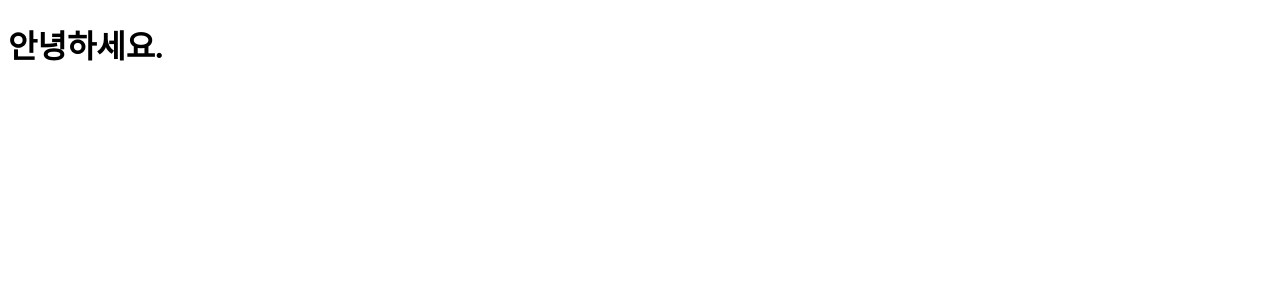
Repository: codelily98/Web
Page: JavaScript/src/main/webapp/javascript/exam18.html
An editor plug-in stored every save of this project. The page is shown before and after the next save, followed by the edit.
The browser window is 1280 px wide. The pictures show the whole page.

Above is the page before, as saved 2024-08-20 05:43:58.
Console error: ReferenceError: num is not defined

After the next save:
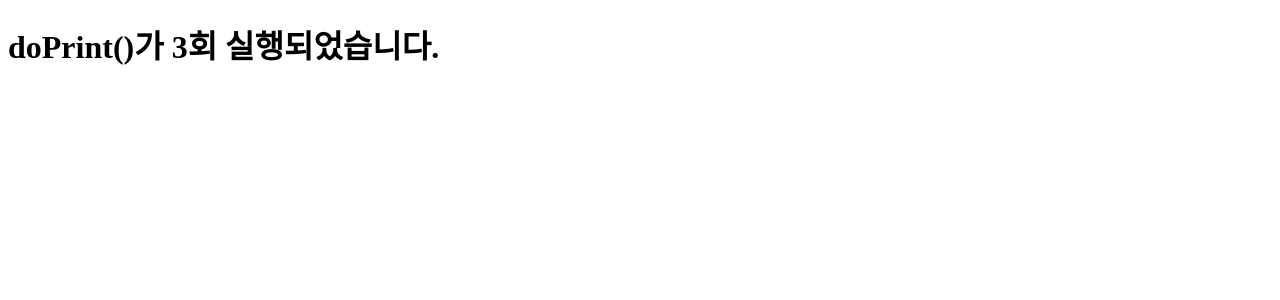
Console error: TypeError: Cannot set properties of null (setting 'innerHTML')
Saved 56 s later.
--- a/JavaScript/src/main/webapp/javascript/exam18.html
+++ b/JavaScript/src/main/webapp/javascript/exam18.html
@@ -4,7 +4,7 @@
 <meta charset="UTF-8">
 <title>Insert title here</title>
 <script type="text/javascript">
-function doPrint(nnum) { //호출
+function doPrint(num) { //호출
 	var msg = "doPrint()가 " + num + "회 실행되었습니다.";
 	alert(msg);
 	document.getElementById("myid").innerHTML = msg;
